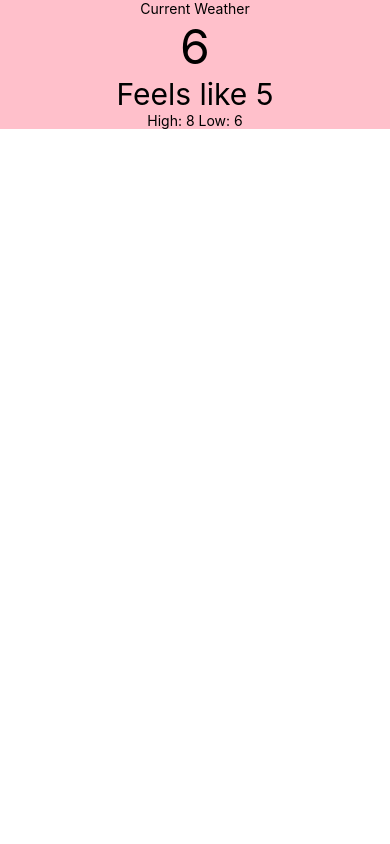
Repository: akinmiday/fcc
Screen: / (app in WeatherApp/)
An editor plug-in stored every save of this project. The screen is shown before and after the next save, followed by the edit.
The app was drawn by React Native's web renderer in a window 390 px wide. The project was rebuilt for these pictures with package versions that can differ from the ones it lists, and the page was loaded fresh each time.

Above is the screen before, as saved 2023-07-18 07:08:36.

After the next save:
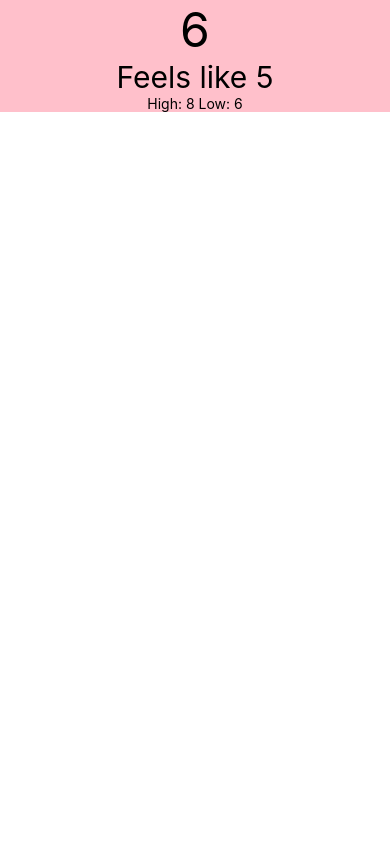
Saved 30 s later.
--- a/WeatherApp/App.js
+++ b/WeatherApp/App.js
@@ -5,7 +5,6 @@ const App = () =>{
   return(
    <SafeAreaView style={styles.wrapper} >
      <View style={styles.container} >
-      <Text>Current Weather</Text>
       <Text style={styles.temp} >6</Text>
       <Text style={styles.feels} >Feels like 5</Text>
       <Text>High: 8 Low: 6</Text>
